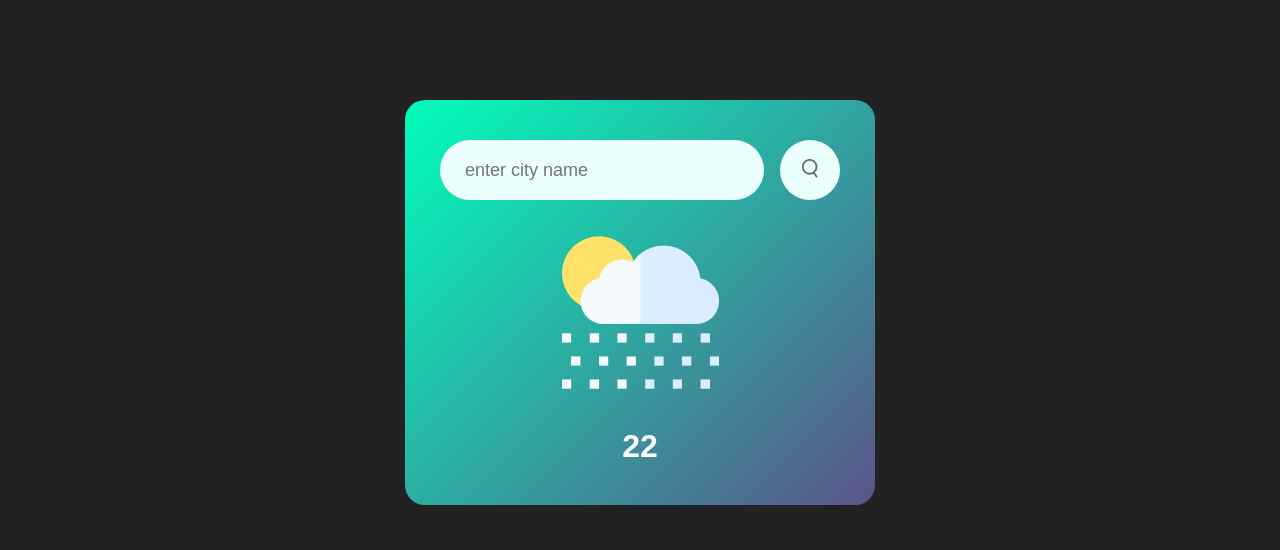
Repository: Alphosmart/weather
Page: index.html
These files come from the project's save history. The page is drawn as it stood at one moment and after the next save; the edit follows.
The browser window is 1280 px wide. The pictures show the whole page.

Above is the page before, as saved 2024-07-17 16:31:47.

### index.html
<!DOCTYPE html>
<html lang="en">
  <head>
    <meta charset="UTF-8" />
    <meta name="viewport" content="width=device-width, initial-scale=1.0" />
    <title>Weather App</title>
    <link rel="stylesheet" href="style.css" />
  </head>
  <body>
    <div class="card">
      <div class="search">
        <input type="text" placeholder="enter city name" spellcheck="false" />
        <button><img src="images/search.png" /></button>
      </div>
      <div class="weather">
        <img src="images/rain.png" class="weather-icon" />
        <h1 class="temp">22</h1>
      </div>
    </div>
  </body>
</html>

### style.css
* {
  margin: 0;
  padding: 0;
  font-family: 'poppins', sans-serif;
  box-sizing: border-box;
}

body {
  background-color: #222;
}

.card {
  width: 90%;
  max-width: 470px;
  background: linear-gradient(135deg, #00feba, #5b548a);
  color: #fff;
  margin: 100px auto 0;
  border-radius: 20px;
  padding: 40px 35px;
  text-align: center;
}

.search {
  width: 100%;
  display: flex;
  align-items: center;
  justify-content: space-around;
}

.search input {
  border: 0;
  outline: 0;
  background: #ebfffc;
  color: #555;
  padding: 10px 25px;
  height: 60px;
  border-radius: 30px;
  flex: 1;
  margin-right: 16px;
  font-size: 18px;
}

.search button {
  border: 0;
  outline: 0;
  background: #ebfffc;
  border-radius: 50%;
  width: 60px;
  height: 60px;
  cursor: pointer;
}

.search img {
  width: 16px;
}

After the next save:
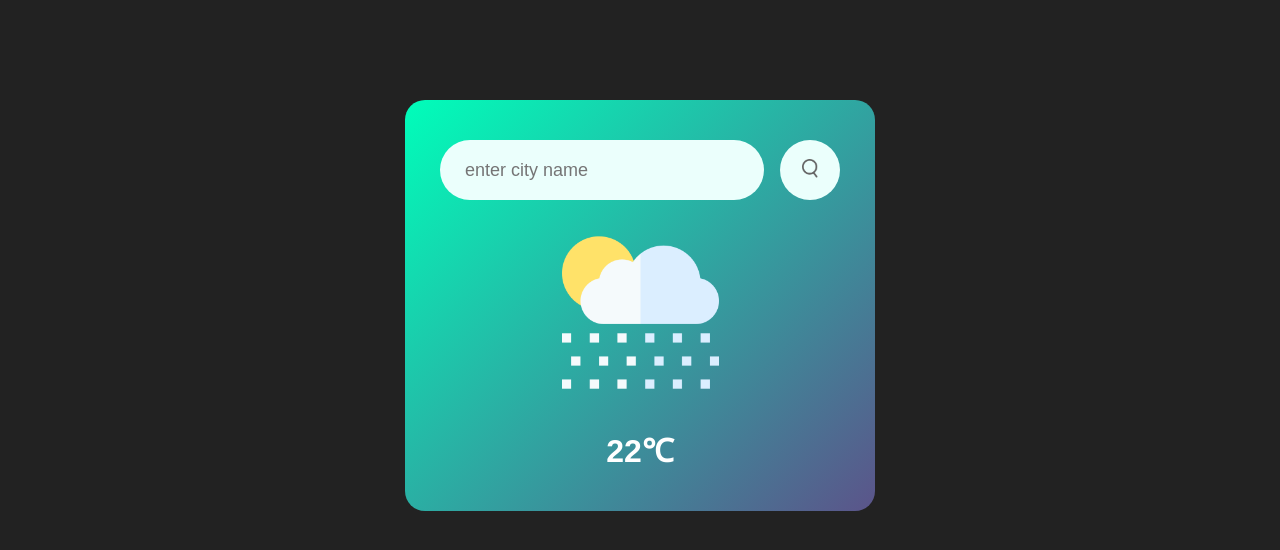
Saved 78 s later.
--- a/index.html
+++ b/index.html
@@ -14,7 +14,7 @@
       </div>
       <div class="weather">
         <img src="images/rain.png" class="weather-icon" />
-        <h1 class="temp">22</h1>
+        <h1 class="temp">22℃</h1>
       </div>
     </div>
   </body>
